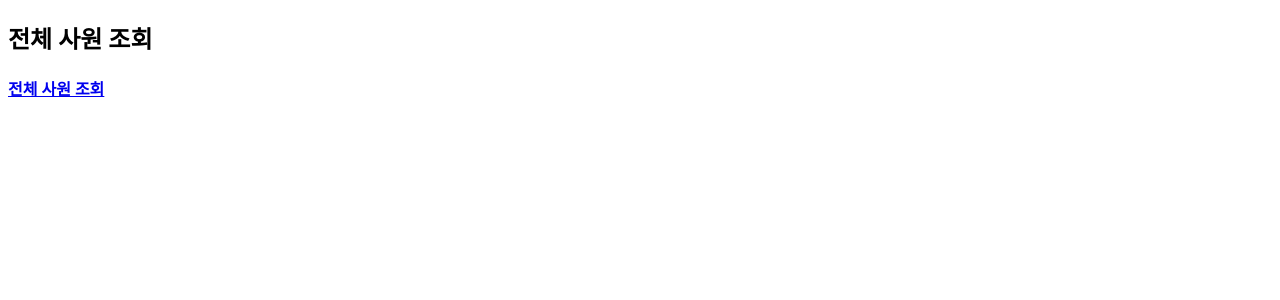
Repository: HSH-1616/JavaAcademy
Page: http://localhost/02_mybatis_dy/
An editor plug-in stored every save of this project. The page is shown before and after the next save, followed by the edit.
The browser window is 1280 px wide. The pictures show the whole page.
The page is served by Tomcat 9.

Above is the page before, as saved 2023-07-06 08:45:58.

After the next save:
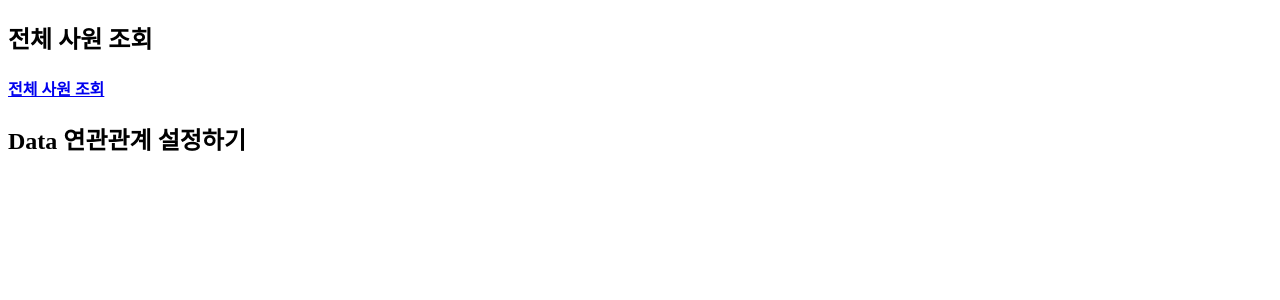
Saved 2 days later.
--- a/BackEnd/MyBatis/MyBatisWork/02_mybatis_dy/src/main/webapp/index.jsp
+++ b/BackEnd/MyBatis/MyBatisWork/02_mybatis_dy/src/main/webapp/index.jsp
@@ -7,7 +7,7 @@
 <html>
 <head>
 <meta charset="UTF-8">
-<title>사원조회</title>
+<title>마이바티스 동적쿼리</title>
 </head>
 <body>
 	<h2>전체 사원 조회</h2>
@@ -15,5 +15,8 @@
 		<a href="${path}/selectBsAll.do">전체 사원 조회</a>
 	</h4>
 
+	<h2>
+	Data 연관관계 설정하기
+	</h2>
 </body>
 </html>
